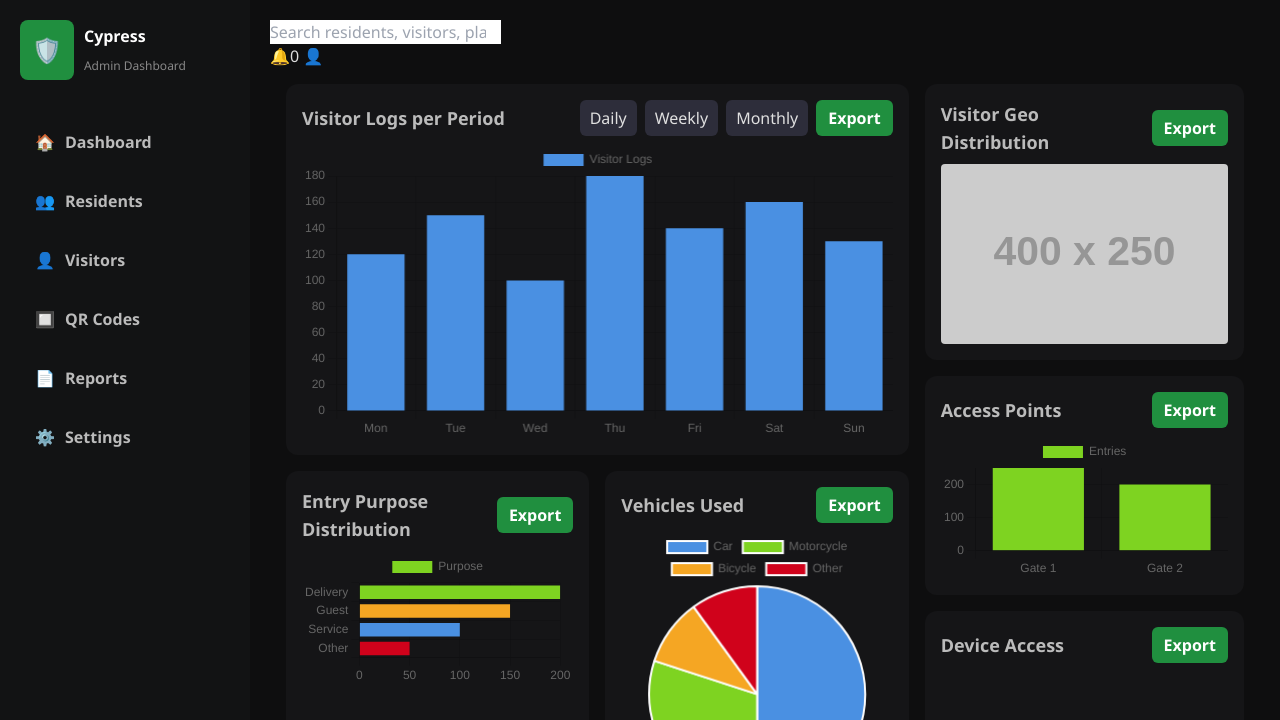
Repository: camuramon/my-project
Page: templates/admin/reports.html
An editor plug-in stored every save of this project. The page is shown before and after the next save, followed by the edit.
The browser window is 1280 px wide. The pictures show the whole page.
An inner scrolling area shows only its first screen. Some web libraries are served in a nearby version. The template is drawn by Flask 3. The application's start-up code is not run. Other server files are loaded and not shown. The template is opened directly, without the code that normally fills it, so the values that code supplies are empty.

Above is the page before, as saved 2025-09-09 17:07:14.
Console error: TypeError: Cannot read properties of null (reading 'addEventListener')

### templates/admin/reports.html
<!DOCTYPE html>
<html lang="en">
<head>
  <meta charset="UTF-8">
  <meta name="viewport" content="width=device-width, initial-scale=1.0">
  <title>VMS Reports Dashboard</title>
  <script src="https://cdn.tailwindcss.com"></script>
    <link rel="stylesheet" href="{{ url_for('static', filename='css/report.css') }}">
  <script src="https://cdn.jsdelivr.net/npm/chart.js"></script>

</head>
<body>
<div class="container">
  <aside class="sidebar">
    <div class="logo">
      <div class="icon">🛡️</div>
      <div class="title">
        <h2>Cypress</h2>
        <span>Admin Dashboard</span>
      </div>
    </div>
    <nav>
      <ul class="sidebar-menu">
        <li class="{% if request.path == url_for('admin_dashboard') %}active{% endif %}">
          <a href="{{ url_for('admin_dashboard') }}"><span class="icon">🏠</span> Dashboard</a>
        </li>
        <li class="{% if request.path == url_for('admin_residents') %}active{% endif %}">
          <a href="{{ url_for('admin_residents') }}"><span class="icon">👥</span> Residents</a>
        </li>
        <li class="{% if request.path == url_for('admin_visitors') %}active{% endif %}">
          <a href="{{ url_for('admin_visitors') }}"><span class="icon">👤</span> Visitors</a>
        </li>
        <li><a href="#"><span class="icon">🔲</span> QR Codes</a></li>
        <li class="{% if request.path == url_for('admin_reports') %}active{% endif %}">
          <a href="{{ url_for('admin_reports') }}"><span class="icon">📄</span> Reports</a>
        </li>
        <li class="{% if request.path == url_for('admin_settings') %}active{% endif %}">
          <a href="{{ url_for('admin_settings') }}"><span class="icon">⚙️</span> Settings</a>
        </li>
      </ul>
    </nav>
  </aside>

  <main class="main-content">
    <header class="top-bar">
      <div class="search-bar">
        <input type="search" placeholder="Search residents, visitors, plates..." />
      </div>
      <div class="top-icons">
        <button class="icon-btn">🔔<span class="notification-count">{{ notifications|length }}</span></button>
        <button class="icon-btn">👤</button>
      </div>
    </header>


  <!-- Main Charts and Side Widgets -->
  <section class="flex flex-col lg:flex-row gap-4 p-4">
    <!-- Main Charts -->
    <div class="flex-1">
      <div class="card p-4 mb-4">
        <div class="flex justify-between items-center mb-2">
          <h3 class="text-lg font-semibold">Visitor Logs per Period</h3>
          <div class="flex space-x-2">
            <button class="btn-chart-toggle" data-period="daily">Daily</button>
            <button class="btn-chart-toggle" data-period="weekly">Weekly</button>
            <button class="btn-chart-toggle" data-period="monthly">Monthly</button>
            <button class="btn-green">Export</button>
          </div>
        </div>
        <canvas id="barChart"></canvas>
      </div>
      <div class="grid grid-cols-1 md:grid-cols-2 gap-4">
        <div class="card p-4">
          <div class="flex justify-between items-center mb-2">
            <h3 class="text-lg font-semibold">Entry Purpose Distribution</h3>
            <button class="btn-green">Export</button>
          </div>
          <canvas id="horizontalChart"></canvas>
        </div>
        <div class="card p-4">
          <div class="flex justify-between items-center mb-2">
            <h3 class="text-lg font-semibold">Vehicles Used</h3>
            <button class="btn-green">Export</button>
          </div>
          <canvas id="pieChart"></canvas>
        </div>
      </div>
    </div>
    <!-- Side Widgets -->
    <div class="lg:w-1/3 space-y-4">
      <div class="card p-4">
        <div class="flex justify-between items-center mb-2">
          <h3 class="text-lg font-semibold">Visitor Geo Distribution</h3>
          <button class="btn-green">Export</button>
        </div>
        <img src="https://placehold.co/400x250" alt="Geo map" class="w-full rounded">
      </div>
      <div class="card p-4">
        <div class="flex justify-between items-center mb-2">
          <h3 class="text-lg font-semibold">Access Points</h3>
          <button class="btn-green">Export</button>
        </div>
        <canvas id="accessChart"></canvas>
      </div>
      <div class="card p-4">
        <div class="flex justify-between items-center mb-2">
          <h3 class="text-lg font-semibold">Device Access</h3>
          <button class="btn-green">Export</button>
        </div>
        <canvas id="deviceChart"></canvas>
      </div>
    </div>
  </section>

  <!-- Tables -->
  <section class="p-4 grid grid-cols-1 md:grid-cols-2 gap-4">
    <div class="card p-4">
      <h3 class="text-lg font-semibold mb-2">Visitor Logs</h3>
      <div class="overflow-x-auto">
        <table class="w-full text-sm">
          <thead>
            <tr class="border-b border-gray-600">
              <th class="text-left p-2">Name</th>
              <th class="text-left p-2">Purpose</th>
              <th class="text-left p-2">Vehicle</th>
              <th class="text-left p-2">Time In/Out</th>
              <th class="text-left p-2">Status</th>
            </tr>
          </thead>
          <tbody>
            <tr class="border-b border-gray-600 hover:bg-gray-800">
              <td class="p-2">John Doe</td>
              <td class="p-2">Delivery</td>
              <td class="p-2">Car</td>
              <td class="p-2">9:00 AM / 9:15 AM</td>
              <td class="p-2">Exited</td>
            </tr>
            <tr class="border-b border-gray-600 hover:bg-gray-800">
              <td class="p-2">Jane Smith</td>
              <td class="p-2">Guest</td>
              <td class="p-2">Motorcycle</td>
              <td class="p-2">10:00 AM / -</td>
              <td class="p-2">Inside</td>
            </tr>
          </tbody>
        </table>
      </div>
      <a href="#" class="text-blue-400 float-right mt-2">View All</a>
      <button class="btn-green mt-2">Export</button>
    </div>
    <div class="card p-4">
      <h3 class="text-lg font-semibold mb-2">Resident Reports</h3>
      <div class="overflow-x-auto">
        <table class="w-full text-sm">
          <thead>
            <tr class="border-b border-gray-600">
              <th class="text-left p-2">Name</th>
              <th class="text-left p-2">Status</th>
            </tr>
          </thead>
          <tbody>
            <tr class="border-b border-gray-600 hover:bg-gray-800">
              <td class="p-2">Alice Johnson</td>
              <td class="p-2"><span class="bg-green-600 px-2 py-1 rounded">Active</span></td>
            </tr>
            <tr class="border-b border-gray-600 hover:bg-gray-800">
              <td class="p-2">Bob Lee</td>
              <td class="p-2"><span class="bg-yellow-600 px-2 py-1 rounded">Suspended</span></td>
            </tr>
            <tr class="border-b border-gray-600 hover:bg-gray-800">
              <td class="p-2">Charlie Brown</td>
              <td class="p-2"><span class="bg-red-600 px-2 py-1 rounded">Blacklisted</span></td>
            </tr>
          </tbody>
        </table>
      </div>
      <a href="#" class="text-blue-400 float-right mt-2">View All</a>
      <button class="btn-green mt-2">Export</button>
    </div>
  </section>

<script src="{{ url_for('static', filename='js/report.js') }}"></script>
</body>
</html>

### static/css/report.css
/* RESET & BASE */
* {
  margin: 0;
  padding: 0;
  box-sizing: border-box;
}
html, body {
  height: 100%;
  width: 100%;
  overflow-x: hidden; /* 🚀 Fix horizontal scroll */
  font-family: 'Segoe UI', Tahoma, Geneva, Verdana, sans-serif;
  background-color: #0e0e0f;
  color: #ddd;
}
.container {
  display: flex;
  width: 100%;
  height: 100vh;
  overflow-x: hidden;
}

/* SIDEBAR */
.sidebar {
  width: 250px;
  height: 100vh;
  background-color: #121314;
  padding: 20px;
  flex-shrink: 0;
  position: fixed;
  left: 0;
  top: 0;
  bottom: 0;
}
.main-content {
  flex-grow: 1;
  min-width: 0;              /* 🚀 Prevent pushing sidebar */
  margin-left: 250px;        /* 🚀 space for sidebar */
  padding: 20px;
  overflow-x: hidden;        /* 🚀 block horizontal overflow */
  background-color: #0e0e0f;
}

/* LOGO */
.logo {
  display: flex;
  align-items: center;
  margin-bottom: 40px;
}
.logo .icon {
  background-color: #208f3f;
  padding: 12px;
  border-radius: 8px;
  font-size: 24px;
  color: white;
  margin-right: 10px;
}
.logo .title h2 {
  font-weight: 700;
  color: white;
  margin-bottom: 4px;
}
.logo .title span {
  font-size: 12px;
  color: #888;
}

/* SIDEBAR MENU */
.sidebar-menu {
  list-style: none;
}
.sidebar-menu li {
  margin: 15px 0;
}
.sidebar-menu li a {
  text-decoration: none;
  color: #bbb;
  font-weight: 600;
  display: flex;
  align-items: center;
  gap: 10px;
  font-size: 16px;
  padding: 10px 15px;
  border-radius: 8px;
  transition: background 0.3s;
}
.sidebar-menu li.active a,
.sidebar-menu li a:hover {
  background-color: #1d1d1f;
  color: white;
}

/* CARDS */
.card {
  background-color: #151517;
  border-radius: 12px;
  padding: 20px;
  color: #bbb;
  width: 100%;
  box-sizing: border-box;
}

/* BUTTONS */
.btn-green {
  background-color: #208f3f;
  color: white;
  padding: 6px 12px;
  border-radius: 6px;
  font-weight: 600;
}
.btn-green:hover {
  background-color: #186d30;
}
.btn-chart-toggle {
  background-color: #2D2D3A;
  color: #E0E0E0;
  border-radius: 6px;
  padding: 5px 10px;
  cursor: pointer;
}
.btn-chart-toggle:hover {
  background-color: #4A90E2;
  color: white;
}

/* TABLE FIX */
table {
  width: 100%;
  border-collapse: collapse;
}
th, td {
  padding: 8px;
  text-align: left;
}
thead {
  background-color: #2A2A2A;
}
tr {
  border-bottom: 1px solid #333;
}
tr:hover {
  background-color: #2D2D2D;
}

/* FIX MEDIA (charts, images) */
canvas, img {
  max-width: 100%;
  height: auto;
  display: block;
}

### static/js/report.js
// Bar Chart
const barCtx = document.getElementById('barChart').getContext('2d');
let period = 'daily';
const barData = {
  daily: [120, 150, 100, 180, 140, 160, 130],
  weekly: [850, 900, 880, 920],
  monthly: [3200, 3500, 3400]
};
const barChart = new Chart(barCtx, {
  type: 'bar',
  data: {
    labels: ['Mon', 'Tue', 'Wed', 'Thu', 'Fri', 'Sat', 'Sun'],
    datasets: [{
      label: 'Visitor Logs',
      data: barData.daily,
      backgroundColor: '#4A90E2'
    }]
  },
  options: {
    responsive: true,
    plugins: {
      tooltip: { enabled: true }
    }
  }
});

document.querySelectorAll('.btn-chart-toggle').forEach(btn => {
  btn.addEventListener('click', (e) => {
    period = e.target.dataset.period;
    const labels = period === 'daily'
      ? ['Mon', 'Tue', 'Wed', 'Thu', 'Fri', 'Sat', 'Sun']
      : (period === 'weekly'
        ? ['Week 1', 'Week 2', 'Week 3', 'Week 4']
        : ['Jan', 'Feb', 'Mar']);
    barChart.data.labels = labels;
    barChart.data.datasets[0].data = barData[period];
    barChart.update();
  });
});

// Horizontal Stacked Bar
const horCtx = document.getElementById('horizontalChart').getContext('2d');
new Chart(horCtx, {
  type: 'bar',
  data: {
    labels: ['Delivery', 'Guest', 'Service', 'Other'],
    datasets: [{
      label: 'Purpose',
      data: [200, 150, 100, 50],
      backgroundColor: ['#7ED321', '#F5A623', '#4A90E2', '#D0021B']
    }]
  },
  options: {
    indexAxis: 'y',
    responsive: true
  }
});

// Pie Chart
const pieCtx = document.getElementById('pieChart').getContext('2d');
new Chart(pieCtx, {
  type: 'pie',
  data: {
    labels: ['Car', 'Motorcycle', 'Bicycle', 'Other'],
    datasets: [{
      data: [500, 300, 100, 100],
      backgroundColor: ['#4A90E2', '#7ED321', '#F5A623', '#D0021B']
    }]
  },
  options: { responsive: true }
});

// Access Points Chart
const accCtx = document.getElementById('accessChart').getContext('2d');
new Chart(accCtx, {
  type: 'bar',
  data: {
    labels: ['Gate 1', 'Gate 2'],
    datasets: [{
      label: 'Entries',
      data: [250, 200],
      backgroundColor: '#7ED321'
    }]
  },
  options: { responsive: true }
});

// Export buttons (placeholder)
document.querySelectorAll('.btn-export, .btn-green').forEach(btn => {
  if (btn.classList.contains('btn-export')) {
    btn.style.display = 'inline-block';
  }
  btn.addEventListener('click', () => {
    alert('Export functionality coming soon!');
  });
});

// Filter button
document.querySelector('.btn-filter').addEventListener('click', () => {
  alert('Filter modal or functionality here!');
});

After the next save:
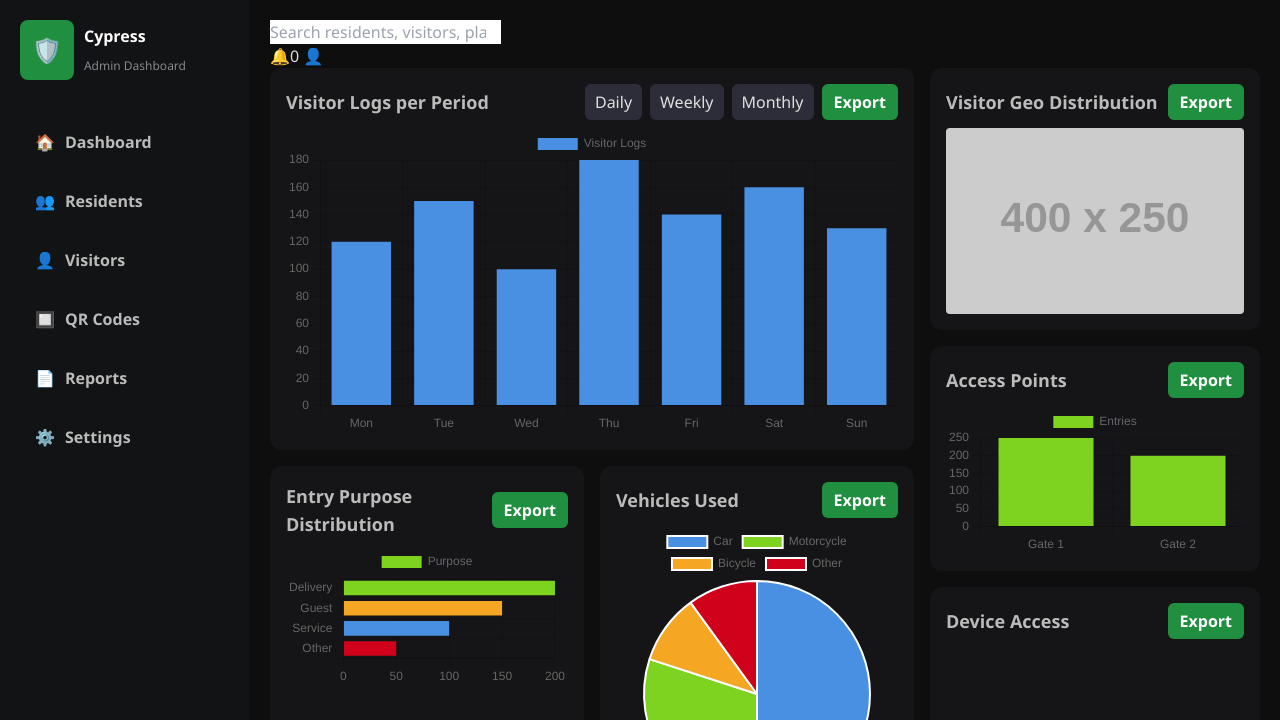
Saved 56 s later.
--- a/templates/admin/reports.html
+++ b/templates/admin/reports.html
@@ -54,7 +54,8 @@
 
 
   <!-- Main Charts and Side Widgets -->
-  <section class="flex flex-col lg:flex-row gap-4 p-4">
+<section class="flex flex-col lg:flex-row gap-4">
+
     <!-- Main Charts -->
     <div class="flex-1">
       <div class="card p-4 mb-4">
